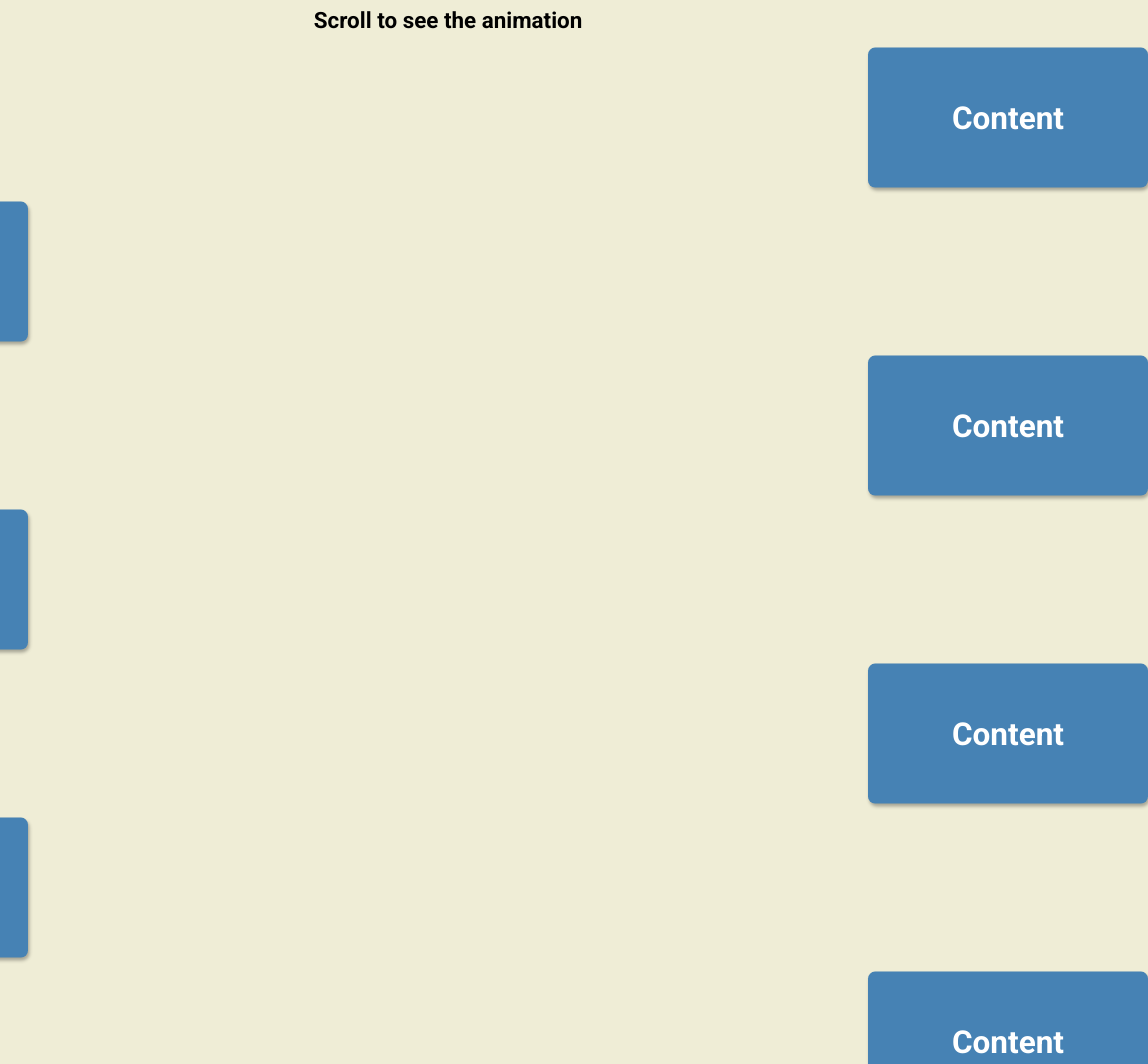
Repository: eagle-tex/50-projects-BT
Page: 06-scroll-animation/index.html
An editor plug-in stored every save of this project. The page is shown before and after the next save, followed by the edit.
The browser window is 1280 px wide. The page is 1640 px wide, so the pictures cover 1640 px, including what lies to the right of the window. The pictures show the part of the page from y = 0 to 1520 px (the page is 4458 px tall), at 70% of full size.

Above is the page before, as saved 2021-01-07 00:02:36.
Console error: SyntaxError: Unexpected token ')'

### 06-scroll-animation/index.html
<!DOCTYPE html>
<html lang="en">

<head>
  <meta charset="UTF-8" />
  <meta name="viewport" content="width=device-width, initial-scale=1.0" />
  <link <link rel="stylesheet" href="style.css" />
  <title>Scroll Animation</title>
</head>

<body>
  <h1>Scroll to see the animation</h1>
  <div class="box">
    <h2>Content</h2>
  </div>
  <div class="box">
    <h2>Content</h2>
  </div>
  <div class="box">
    <h2>Content</h2>
  </div>
  <div class="box">
    <h2>Content</h2>
  </div>
  <div class="box">
    <h2>Content</h2>
  </div>
  <div class="box">
    <h2>Content</h2>
  </div>
  <div class="box">
    <h2>Content</h2>
  </div>
  <div class="box">
    <h2>Content</h2>
  </div>
  <div class="box">
    <h2>Content</h2>
  </div>
  <div class="box">
    <h2>Content</h2>
  </div>
  <div class="box">
    <h2>Content</h2>
  </div>
  <div class="box">
    <h2>Content</h2>
  </div>
  <div class="box">
    <h2>Content</h2>
  </div>
  <div class="box">
    <h2>Content</h2>
  </div>
  <div class="box">
    <h2>Content</h2>
  </div>
  <div class="box">
    <h2>Content</h2>
  </div>
  <div class="box">
    <h2>Content</h2>
  </div>
  <div class="box">
    <h2>Content</h2>
  </div>
  <div class="box">
    <h2>Content</h2>
  </div>
  <div class="box">
    <h2>Content</h2>
  </div>
  <script src="script.js"></script>
</body>

</html>

### 06-scroll-animation/style.css
@import url('https://fonts.googleapis.com/css2?family=Roboto:wght@400;700&display=swap');

* {
  box-sizing: border-box;
}

body {
  background-color: #efedd6;
  font-family: 'Roboto', sans-serif;
  display: flex;
  flex-direction: column;
  align-items: center;
  justify-content: center;
  overflow-x: hidden;
  margin: 0;
}

h1 {
  margin: 10px;
}

.box {
  background-color: steelblue;
  color: #fff;
  display: flex;
  align-items: center;
  justify-content: center;
  width: 400px;
  height: 200px;
  margin: 10px;
  border-radius: 10px;
  -webkit-border-radius: 10px;
  -moz-border-radius: 10px;
  -ms-border-radius: 10px;
  -o-border-radius: 10px;
  box-shadow: 2px 4px 5px rgba(0, 0, 0, 0.3);
  transform: translateX(200%);
  -webkit-transform: translateX(200%);
  -moz-transform: translateX(200%);
  -ms-transform: translateX(200%);
  -o-transform: translateX(200%);
  transition: transform 0.4s ease;
  -webkit-transition: transform 0.4s ease;
  -moz-transition: transform 0.4s ease;
  -ms-transition: transform 0.4s ease;
  -o-transition: transform 0.4s ease;
}

.box:nth-of-type(even) {
  transform: translateX(-200%);
  -webkit-transform: translateX(-200%);
  -moz-transform: translateX(-200%);
  -ms-transform: translateX(-200%);
  -o-transform: translateX(-200%);
}

.box.show {
  transform: translateX(0);
  -webkit-transform: translateX(0);
  -moz-transform: translateX(0);
  -ms-transform: translateX(0);
  -o-transform: translateX(0);
}

.box h2 {
  font-size: 45px;
}

### 06-scroll-animation/script.js
const boxes = document.querySelectorAll('.box');


function checkBoxes() {
  const triggerBottom = (window.innerHeight / 5) * 4);

  boxes.forEach((box) => {
    const boxTop = box.getBoundingClientRect().top;

    if (boxTop < triggerBottom) {
      box.classList.add('show');
    } else {
      box.classList.remove('show');
    }
  });
}


window.addEventListener('scroll', checkBoxes);
checkBoxes()

After the next save:
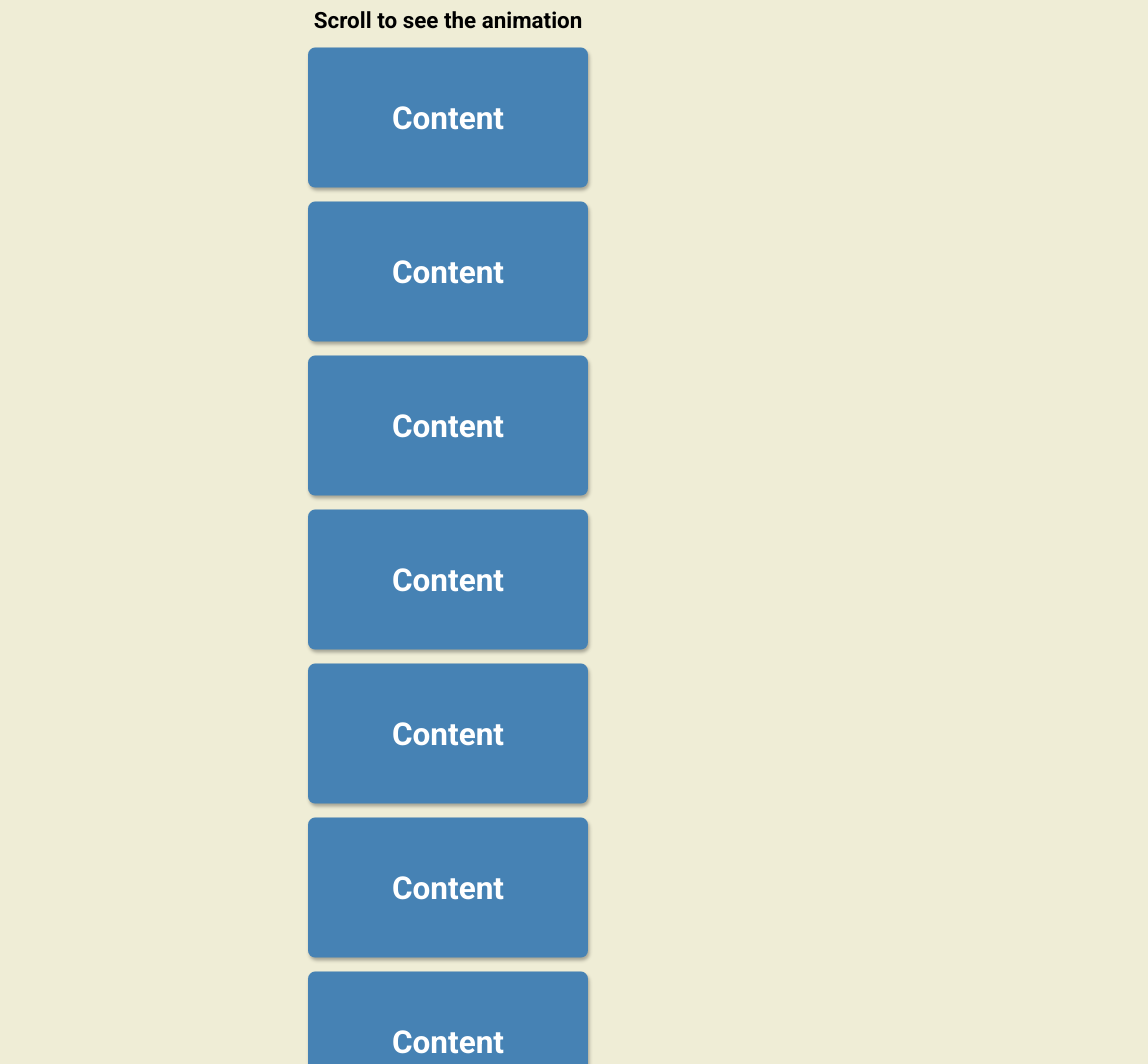
The error is gone.
Saved 12 s later.
--- a/06-scroll-animation/script.js
+++ b/06-scroll-animation/script.js
@@ -1,8 +1,7 @@
 const boxes = document.querySelectorAll('.box');
 
-
 function checkBoxes() {
-  const triggerBottom = (window.innerHeight / 5) * 4);
+  const triggerBottom = (window.innerHeight / 5) * 4;
 
   boxes.forEach((box) => {
     const boxTop = box.getBoundingClientRect().top;
@@ -15,6 +14,5 @@ function checkBoxes() {
   });
 }
 
-
 window.addEventListener('scroll', checkBoxes);
-checkBoxes()
+checkBoxes();
